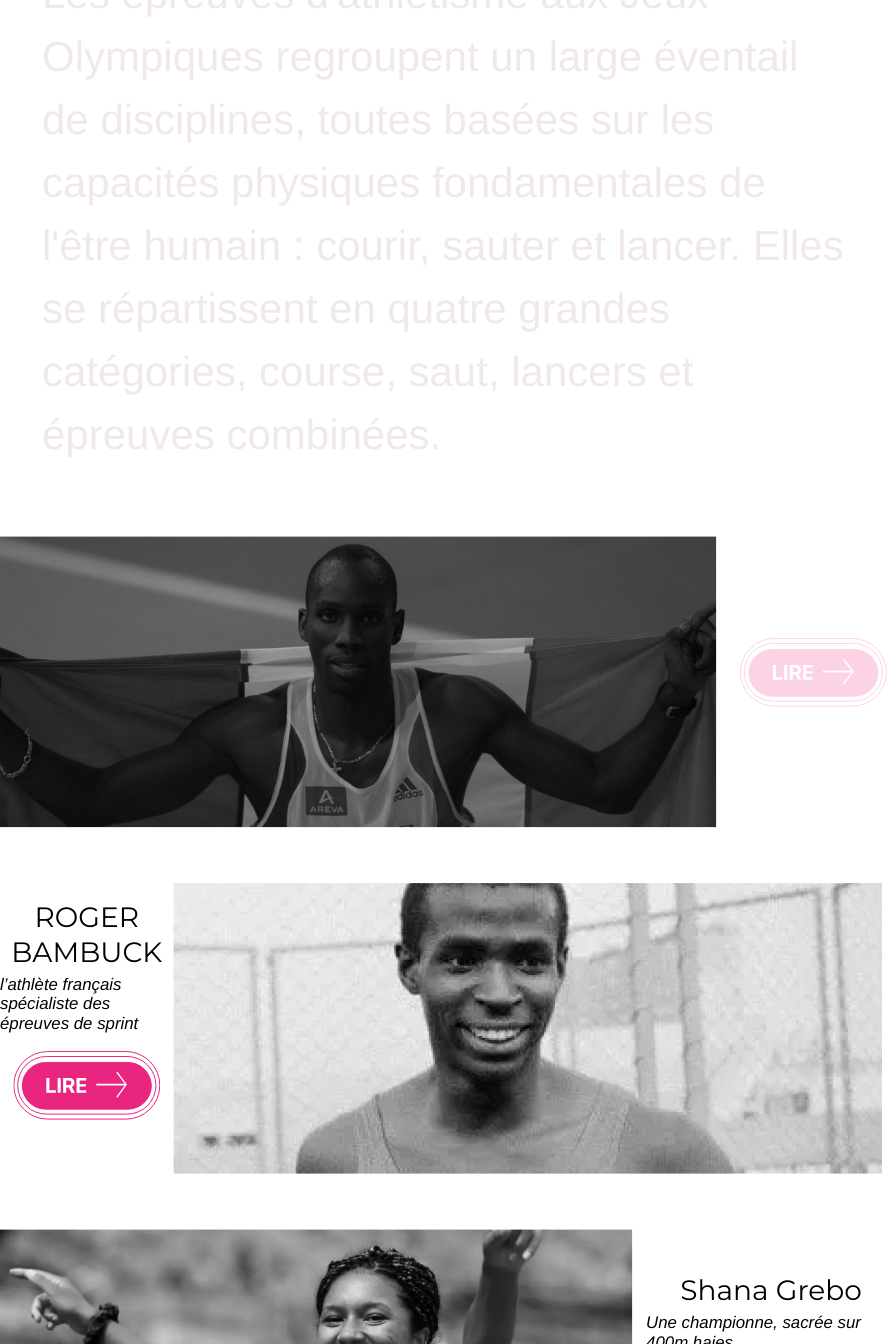
Repository: AdilGHAZAL/MosaiqueWebdoc
Page: /
These files come from the project's save history. The page is drawn as it stood at one moment and after the next save; the edit follows.
The browser window is 1280 px wide. The pictures show the part of the page from y = 1241 to 3161 px (the page is 9391 px tall), at 70% of full size.
The pointer rests on the first visible `.image-button-athl`.
The page's requests for data from a server got no answer. Some web fonts or font styles are not loaded; a fallback is used. Some web libraries are served in a nearby version. The project was rebuilt for these pictures with package versions that can differ from the ones it lists, and the page was loaded fresh each time. No one was signed in, and anything a server would have sent is missing. Also part of the build but not shown: vite.config.js, src/Athelete1/Athlete1.css, src/Athelete1/Athlete1.jsx, src/LoginScreen.jsx, src/backoffice.jsx, src/TrainingPage.css, src/TrainingPage.jsx.

Above is the page before, as saved 2024-05-03 00:32:09.

### index.html
<!doctype html>
<html lang="en">
  <head>
    <meta charset="UTF-8" />
    <link rel="icon" type="image/svg+xml" href="./src/logos/logoMosaique.svg" />
    <meta name="viewport" content="width=device-width, initial-scale=1.0" />
    <title>Mosaique</title>
    <link rel="preconnect" href="https://fonts.googleapis.com">
<link rel="preconnect" href="https://fonts.gstatic.com" crossorigin>
<link href="https://fonts.googleapis.com/css2?family=Mina:wght@400;700&display=swap" rel="stylesheet">
<link rel="stylesheet" href="https://cdn.jsdelivr.net/npm/bootswatch@4.5.2/dist/minty/bootstrap.min.css">
  </head>
  <body>
    <div id="root"></div>
    <script type="module" src="/src/main.jsx"></script>
  </body>
</html>

### src/App.jsx
import React from 'react';
import { BrowserRouter as Router, Routes, Route } from 'react-router-dom';
import './App.css';
import HomePage from './components/HomePage';
import Athlete1 from './Athelete1/Athlete1'; // Correct the file path
import LoginScreen from './LoginScreen';
import MainView from './backoffice';
import TrainingPage from './TrainingPage';

const App = () => {
    return (
        <Router>
            <Routes>
                <Route path="/" element={<HomePage/>} />
                <Route path="/athlete/:id" element={<Athlete1 />} />
                <Route path="/login" element={<LoginScreen />} />
                <Route path="/backoffice" element={<MainView />} />
            </Routes>
        </Router>
    );
};

export default App;

### src/index.css
:root {
  --rose: #E9257F;
  overflow-x: hidden;
}

### src/App.css
/* App.css */
.app-container {
  height: 100vh;
  background-color: #f0f0f0;
}

### src/components/HomePage.jsx
import React, { useEffect, useRef } from 'react';
import Navbar from './Navbar';
import { Application } from '@splinetool/runtime';
import './HomePage.css';
import MonComposant from './Athletes';
import MonComposant2 from './Athletes2';
import MonComposant3 from './Athletes3';
import VideoYoutube from './VideoYoutube';
import TroisDivs from './TroisDivs';
import SliderComponentContainer from './SliderComponentContainer';
import Footer from './Footer';
import PhotoGrid from './PhotoGrid';



const HomePage = () => {


  return (
    <div className="app-container">
      <Navbar />
      <div className="content">
        <h1 className="main-title">
          <span className="bold-text">Paris 2024:</span><span> Célébrez la beauté et la puissance du corps humain.</span>
        </h1>
        <div className="UBimage">
          <img src="./src/assets/ub1.png" alt="imageUB" />
        </div>
        <section className='scroll-reveal' >
          <span>
            Les épreuves d'athlétisme aux Jeux Olympiques regroupent un large éventail de disciplines, toutes basées sur les capacités physiques fondamentales de l'être humain : courir, sauter et lancer. Elles se répartissent en quatre grandes catégories, course, saut, lancers et épreuves combinées.
          </span>
        </section>

      </div>
      <div className='athletes'>
        {/* Adding the ScrollPhotos component */}
        <MonComposant/>
        <MonComposant2/>
        <MonComposant3/>
      </div>
      <VideoYoutube/>
      <TroisDivs/>
      <SliderComponentContainer />
      <PhotoGrid/>
      <Footer/>


    </div>
  );
};

export default HomePage;

### src/components/Navbar.jsx
import React, { useState } from 'react';
import './Navbar.css';
import Burger from "../assets/menuBurger.svg";
import Cross from "../assets/cross.svg";
import iconMosaique from "../logos/logoMosaique.svg";
import iconVilleparis from "../logos/logoVilledeparis.svg";

const Navbar = () => {
  const [isOpen, setOpen] = useState(false); // State to manage the menu visibility

  return (
    <div className="navbar">
      <div className="logo-container">
        <a href="URL_of_the_first_logo" target='_blank' rel="noopener noreferrer">
          <img className="logo" src={iconMosaique} alt="First Logo" />
        </a>
        <img className="cross-icon" src={Cross} alt="Cross Icon" />
        <a href="https://www.paris.fr"  target='_blank' rel="noopener noreferrer">
          <img className="logo" src={iconVilleparis} alt="Second Logo" />
        </a>
      </div>
      <div className="right-container">
        <div className="text-containerNav">
            Athlétisme
        </div>
        <div className="menuBurger">
          <img src={Burger} alt="Menu Burger Icon" onClick={() => setOpen(!isOpen)} />
        </div>
      </div>
      {isOpen && (
        <div className="dropdown-menu">

          <a href="/login">Login</a>
          <a href="#parcours">Des parcours examplaire</a>
          <a href="#exclusive">Vidéo exclusive</a>
          <a href="#sessions">Séances d'entraînement</a>
        </div>
      )}
    </div>
  );
};

export default Navbar;

### src/components/HomePage.css
/* App.css */
body {
    margin: 0;
    background-color: #ffffff;
    color: #000000;
    display: flex;
    flex-direction: column;
    align-items: center;
    justify-content: center;
    min-height: 100vh;

  }

  .app-container {
      font-family: "SF Pro Display-Medium", Helvetica;
    width: 100vw;
    height: 100%;
    min-height: 100vh;
    /*  background-image: url('./assets/ub1.png');*/
    display: flex;
    flex-direction: column;
    margin: auto;
    background-color: #ffffff;
  }

  .main-title {
    font-family: 'SF Pro Display', sans-serif;
    font-size: 70px;
    font-weight: 500;
    line-height: 83.54px;
    text-align: center;
    margin-top: 100px;
    color: #000000;

  }


  .bold-text {
    font-weight: 700;
  }

  .content {
    padding: 20px;
    width: 100%;
    max-width: 1200px;
    margin: auto;

  }

  .UBimage {
    width: auto;
  }

  .bottom-text {
    font-size: 18px;
    text-align: center;
    margin-top: 30px;
  }
  .scroll-reveal > * {
    /* text-align: justify; */
    display: inline;
    color:hsl(0deg 22.14% 64.8% / 20%);
    font-size: 60px;
    font-weight: 500;
    background-clip: text;
    background-repeat: no-repeat;
    background-size: 0% 100%;
    background-image: linear-gradient( #E9257F, #ce1f71 );
    animation: scroll-reveal linear forwards;
    animation-timeline: view();
  }

  .scroll-text {

    text-align: justify;
  }
  @keyframes scroll-reveal {
    to {
      background-size: 100% 100%;
    }
  }
  .scroll-reveal p {
    /* font-family: SF Pro Display; */


  }

  .scrollPhotos {
    display: flex;
    justify-content: flex-start; /* Align photos to the maximum left */
    width: 100%;
    overflow-x: auto; /* Enable horizontal scrolling if photos exceed container width */
    padding: 20px 0; /* Optional padding */
  }

### src/components/Athletes.jsx
import React, { useState, useEffect } from 'react';
import './Athletes.css';
import { Link } from 'react-router-dom';
import { collection, getDocs } from 'firebase/firestore';
import { db } from '../firebaseConfig';

const MonComposant = () => {
  const [selectedChampion, setSelectedChampion] = useState(null);
  const [champions, setChampions] = useState([]);

  useEffect(() => {
    const fetchChampions = async () => {
      try {
        const championsSnapshot = await getDocs(collection(db, 'champions')); // Assurez-vous que db est une référence valide à votre base de données Firestore
        let championsData = championsSnapshot.docs.map(doc => ({ id: doc.id, ...doc.data() }));
        championsData = championsData.sort((a, b) => a.year - b.year);
        setChampions(championsData);
        setSelectedChampion(championsData[0]);
      } catch (error) {
        console.error('Erreur lors de la récupération des champions :', error);
      }
    };

    fetchChampions();
  }, []);

  return (
    <div className="containerAthletes">
      <div className="photoAthletes">
        <img src="./src/assets/photo1.png" alt="Description de la photo" />

      </div>
      <div className="contenuAthletes">
        <h2>{selectedChampion && selectedChampion.name}</h2>
        <p>{selectedChampion && selectedChampion.description}</p>
        <Link to={`/athlete/${selectedChampion && selectedChampion.id}`}>
          <div className="image-button-athl">
          </div>
        </Link>
      </div>
    </div>
  );
};

export default MonComposant;

### src/components/Athletes2.jsx
import React from 'react';
import './Athletes.css';
import humainicon from "../assets/humainicon.svg"

const MonComposant2 = () => {
  return (
    <div className="containerAthletes">

      <div className="contenuAthletes">
        <h2>ROGER BAMBUCK</h2>
        <p>l’athlète français spécialiste des épreuves de sprint</p>
        <div class="image-button-athl">
          <button />
      </div>
      </div>
        {/* <img src={humainicon} alt="" style={{height:"20px", width:"20px", position:"absolute"}}/> */}
      <div className="photoAthletes">
        {/* Ajoutez votre composant photo ici */}
        <img src="./src/assets/Athlete2.png" alt="Description de la photo" />
      </div>

    </div>
  );
}

export default MonComposant2;

### src/components/Athletes3.jsx
import React from 'react';
import './Athletes.css';


const MonComposant3 = () => {
  return (
    <div className="containerAthletes">
      <div className="photoAthletes">
        {/* Ajoutez votre composant photo ici */}
        <img src="./src/assets/Athlete3.png" alt="Description de la photo" />
      </div>
      <div className="contenuAthletes">
        <h2>Shana Grebo</h2>
        <p>Une championne, sacrée sur 400m haies,</p>
        <div class="image-button-athl">
          <button />
        </div>
      </div>
    </div>
  );
}
export default MonComposant3;

### src/components/VideoYoutube.jsx
import React from 'react';
import './VideoYoutube.css';

const VideoYoutube = ({ titre, videoId, footerText }) => {
  return (
    <div className="conteneur-video">
      <div className="titleVideo">
        <h2>Inspirez-vous des meilleurs !</h2>
      </div>
      <div className="video">
        <iframe
          width="100%"
          height="500"
          src={`https://www.youtube.com/embed/${videoId}`}
          title={titre}
          frameborder="0"
          allow="accelerometer; autoplay; clipboard-write; encrypted-media; gyroscope; picture-in-picture"
          allowfullscreen
        ></iframe>
      </div>
      <div className="video-footer">
        {footerText} Video exclusive des débuts d’Usain Bolt
      </div>
    </div>
  );
}

export default VideoYoutube;

### src/components/TroisDivs.jsx
import React from 'react';
import logo1 from '../assets/Icon3.svg';
import logo2 from '../assets/Icon2.svg';
import logo3 from '../assets/Group.svg';
import './TroisDivs.css';

const TroisDivs = () => {
  return (
    <div>
      <h1 className="TitreTroisDivs">Leur conseils
pour debuter</h1>
      <div className="conteneur-trois-divs">
        <div className="carteTroisDivs">
          <img src={logo1} alt="Logo 1" />
          <h3>Matériel</h3>
          <p>Tout ce dont vous avez besoin pour commencer</p>
        </div>
        <div className="carteTroisDivs">
          <img src={logo2} alt="Logo 2" />
          <h3>Entraînement</h3>
          <p>Tout ce que vous devez savoir sur la préparation physique</p>
        </div>
        <div className="carteTroisDivs">
          <img src={logo3} alt="Logo 3" />
          <h3>Astuces</h3>
          <p>Tout ce que vous devez savoir pour bien finir la séance</p>
        </div>
      </div>
      <div className="centrer-bouton">

        <div class="image-button-sentrainer">
          <button />
      </div>
      </div>
    </div>
  );
}

export default TroisDivs;

### src/components/SliderComponentContainer.jsx
import React from 'react';
import SliderComponent from './SliderComponent';
import './SliderComponentContainer.css';

function SliderComponentContainer() {
  const slides = [
    {
      image: './src/assets/ImageFille2.png',
      caption: '30 Km Pro'
    },
    {
      image: './src/assets/ImageFille.png',
      caption: '10 Km Intermédiaire'
    },
    {
      image: './src/assets/ImageFille3.png',
      caption: '3 Km Débutant'
    }
  ];

  return (
    <div className="slider-component-container">
      <h1>Relevez les défis et partagez-les</h1>
      <p>Participez aux challenges proposés et gagnez des lots*</p>
      <p>*disponibles depuis la boutique officielle sur présentation du mail</p>
      <SliderComponent slides={slides} />
    </div>
  );
}

export default SliderComponentContainer;

### src/components/Footer.jsx
import React from 'react';
import './Footer.css';

function Footer() {
  return (
    <footer className="footer" >
      <div className="container">
      </div>
    </footer>
  );
}

export default Footer;

### src/components/PhotoGrid.jsx
import React from 'react';
import './PhotoGrid.css'; // Import your CSS file

const PhotoGrid = () => {
  return (
    <div className='container'>
        <div className="photoGridContainer">
      <div className="div1">
      <img src="./src/assets/PhotoInsta4.png" alt="Description of Image 1" />
      </div>
      <div className="div2">
      <img src="./src/assets/PhotoInsta3.png" alt="Description of Image 1" />
      </div>
      <div className="div3">
         <img src="./src/assets/PhotoInsta5.png" alt="Description of Image 1" />
      </div>
      <div className="div4">
         <img src="./src/assets/PhotoInsta1.png" alt="Description of Image 1" />
      </div>
      <div className="div5">
         <img src="./src/assets/PhotoInsta2.png" alt="Description of Image 1" />
      </div>
      <div className="div6">
         <img src="./src/assets/PhotoInsta6.png" alt="Description of Image 1" />
      </div>
      </div>
      <div className='photoGridText'>
        <p>
            Partagez vos réussites en groupe ou solo et gagnez des
            récompenses*
            *des médailles,  des goodies JO, des bons d(achats chez nos partenaires et bien d’autres encore ...
        </p>
      </div>
    </div>
  );
}

export default PhotoGrid;

### src/firebaseConfig.jsx
// Import the functions you need from the SDKs you need
import { initializeApp } from "firebase/app";
import { getAuth } from "firebase/auth";
import { getFirestore } from "firebase/firestore";
// TODO: Add SDKs for Firebase products that you want to use
// https://firebase.google.com/docs/web/setup#available-libraries

// Your web app's Firebase configuration
const firebaseConfig = {
  apiKey: "AIzaSyAUMnE3uMe61y8NbS4tX2Nn4PoW8VoGS0U",
  authDomain: "webdoc-a4a03.firebaseapp.com",
  projectId: "webdoc-a4a03",
  storageBucket: "webdoc-a4a03.appspot.com",
  messagingSenderId: "931293814028",
  appId: "1:931293814028:web:5bc01cfec675ae5bf27d29"
};

// Initialize Firebase
export const FIREBASE_APP = initializeApp(firebaseConfig);
export const FIREBASE_AUTH=getAuth(FIREBASE_APP)
export const db=getFirestore(FIREBASE_APP)

### src/components/Athletes.css
.containerAthletes {
  display: flex;
    justify-content: center;
    margin-bottom: 3rem;
    margin-top: 5rem;
}

.photoAthletes {
  flex: 1;
  margin-right: 20px;
}

.photoAthletes:hover img {
  filter: brightness(50%);
}


.contenuAthletes {
  flex: 2;
  display: flex;
  flex-direction: column;
  align-items: center;
  margin: auto;

  h2 {
    color: #000;
    text-align: center;
    font-size: 40px;
    font-style: normal;
    font-weight: 200;
    line-height: normal;
  }
  p {
    color: #000;
    font-size: 24px;
    font-style: italic;
    font-weight: 200;
    line-height: normal;
  }
  button {
    /* padding: 8px 16px;
    font-size: 14px;
    background-color: #226fc2;
    color: #fff;
    border: none;
    border-radius: 4px;
    cursor: pointer; */
  }

  button:hover {
    /* background-color: #0056b3; */
  }

  button:focus {
    outline: none;
  }

}




.image-button-athl {
  display: inline-block;
  background-image: url('../assets/lire.svg');
  background-size: cover;
  width: 210px;
  height: 112px;
  margin-bottom: 50px;
}

.image-button-athl button {
  width: 100%;
  height: 100%;
  background: transparent;
  border: none;
  padding: 8px 16px;
    font-size: 14px;
    border: none;
    border-radius: 4px;
    cursor: pointer;
}

.image-button-athl:hover  {
  filter: opacity(0.2);
}

### src/components/VideoYoutube.css
.conteneur-video {
    display: flex;
    flex-direction: column;
    align-items: center; /* Centers items horizontally */
    width: 100%; /* Full width of the container */
  }

  .titleVideo h2 {
    color: #000000;
    font-family: "SF Pro Display", Helvetica, sans-serif; /* Ensure fallback fonts */
    font-size: 110px; /* Large and prominent font size */
    font-weight: 700;
    line-height: 131.27px;
    text-align: center;
    margin-bottom: 20px; /* Space between title and video */
  }

  .video {
    width: 90%; /* Control the width of the video container */
    max-width: 960px; /* Maximum width */
    margin-top: 20px;
  }

  .video-footer {
    font-family: "SF Pro Display", Helvetica, sans-serif;
    font-size: 40px;
    font-weight: 200;
    line-height: 47.73px;
    text-align: center;
    margin-top: 20px;
    width: 100%;
    color: #666666;
  }
  @media (max-width: 768px) {
    .titleVideo h2 {
      font-size: 60px;
      line-height: 70px;
    }

    .video-footer {
      font-size: 24px;
      line-height: 28px;
    }
  }

  @media (max-width: 480px) {
    .titleVideo h2 {
      font-size: 40px;
      line-height: 48px;
    }

    .video-footer {
      font-size: 20px;
      line-height: 24px;
    }
  }

### src/components/SliderComponent.jsx
import React, { useState } from 'react';
import './SliderComponent.css';

const SliderComponent = ({ slides }) => {
  const [currentIndex, setCurrentIndex] = useState(0);

  const goToPrevious = () => {
    const isFirstSlide = currentIndex === 0;
    setCurrentIndex(isFirstSlide ? slides.length - 1 : currentIndex - 1);
  };

  const goToNext = () => {
    const isLastSlide = currentIndex === slides.length - 1;
    setCurrentIndex(isLastSlide ? 0 : currentIndex + 1);
  };

  const goToSlide = (index) => {
    setCurrentIndex(index);
  };

  return (
    <div className="slider-container">
      <div className="slide previous" onClick={goToPrevious}>
        {currentIndex > 0 && <img src={slides[currentIndex - 1].image} alt="Previous slide" />}
      </div>
      <div className="slide active">
        <img src={slides[currentIndex].image} alt={slides[currentIndex].caption} />
        <div className="caption">{slides[currentIndex].caption}</div>
      </div>
      <div className="slide next" onClick={goToNext}>
        {currentIndex < slides.length - 1 && <img src={slides[currentIndex + 1].image} alt="Next slide" />}
      </div>
      <div className="navigation">
        {slides.map((slide, index) => (
          <span key={index} className={`dot ${index === currentIndex ? 'active' : ''}`} onClick={() => goToSlide(index)}></span>
        ))}
      </div>
    </div>
  );
};

export default SliderComponent;

### src/components/SliderComponentContainer.css
.slider-component-container {
    text-align: center;
    font-family: 'SF Pro Display', Arial, sans-serif;
    width: 100%;
    margin: auto;
}

.slider-component-container h1 {
    font-family: 'SF Pro Display', Arial, sans-serif;
    font-size: 110px;
    font-weight: 500;
    line-height: 131.27px;
    text-align: center;
    color: #000;
}

.slider-component-container p {
    font-family: 'SF Pro Display', Arial, sans-serif;
    font-size: 40px;
    font-weight: 200;
    line-height: 47.73px;
    text-align: center;
    color: #000;
}

### src/components/Footer.css
/* Footer.css */

/* Style for the footer */
.footer {
    background-image: url('../assets/footer.png'); /* Specify the URL of your background image */
    background-size: cover; /* Ensure the image covers the entire footer */
    background-position: center; /* Center the image within the footer */
    padding: 0;
    text-align: center;
    width: 100%;
    height: 551px; /* Fixed height of the footer */
    margin-top: 50px;
}

/* Style for the container inside the footer */
.footer .container {
    /* background-image: url('../assets/footer.png'); */
    background-repeat: no-repeat;
    background-size: 100% 100%; /* Make the background image fill the container */
    height: 551px;
    width: 100%;
    margin: 0 auto;
}

/* Style for the text inside the footer */
.footer .text-muted {
    color: #6c757d;
}

@media (max-width: 100%) {
    /* Adjust styles for smaller screen widths */
    .footer {
        height: auto; /* Allow footer to expand with content */
        padding: 20px;
    }

    .footer .container {
        max-width: 100%; /* Adjust container width for smaller screens */
    }
}

### src/components/PhotoGrid.css
.photoGridContainer {
    display: grid;
    grid-template-columns: repeat(4, 1fr);
    grid-template-rows: repeat(6, 1fr);
    grid-column-gap: 0px;
    grid-row-gap: 0px;
    width: 60rem;
    height: 80rem;
    margin: 40px auto;

  }
  .photoGridContainer > div {
    position: relative; /* Ensure the divs can contain absolutely positioned content */
  }

  .photoGridContainer img {
    width: 100%;
    height: 100%;
    object-fit: cover; /* Make the images cover the entire area */
  }

  .div1 { grid-area: 1 / 1 / 3 / 3; }
  .div2 { grid-area: 1 / 3 / 4 / 5; }
  .div3 { grid-area: 4 / 3 / 7 / 5; }
  .div4 { grid-area: 3 / 2 / 5 / 3; }
  .div5 { grid-area: 5 / 2 / 7 / 3; }
  .div6 { grid-area: 3 / 1 / 7 / 2; }

  .photoGridContainer div {
    margin: 5px;

  }
  .photoGridText p {
    width: 55rem;
    font-size: 27px;
    display: flex;
    justify-content: center;
    align-items: center;
  }

  .container{
    display: flex;
    flex-direction: column;
    align-items: center;
  }

### src/components/SliderComponent.css
.slider-container {
  display: flex;
  justify-content: center;
  align-items: center;
  position: relative;
  overflow: hidden;
  width: 60%;
  margin: 96px auto;}

.slide {
  position: relative;
  margin: 5px;
  transition: all 0.5s ease;
  cursor: pointer;
}

.slide.active {
  width: 200rem;
  height: 40rem;

}
.slide.next {
  width: 60rem;
  height: 20rem;
  opacity: 0.5;
}
.slide.previous {
  width: 60rem;
  height: 20rem;
  opacity: 0.5;
}
.slide img {
  width: 100%;
  height: 100%;
  object-fit: cover;
}

.caption {
  position: absolute;
  top: 0;
  left: 50%;
  transform: translateX(-50%);
  width: 100%;
  text-align: center;
  background-color: rgba(0, 0, 0, 0.5);
  color: white;
  padding: 5px 0;
  font-size: 2.5em;
  font-family: 'Mina', sans-serif;
}

.navigation {
  position: absolute;
  bottom: 10px;
  width: 100%;
  display: flex;
  justify-content: center;
}
.dot {
  height: 10px;
  width: 10px;
  margin: 0 5px;
  background-color: #bbb;
  border-radius: 50%;
  cursor: pointer;
  opacity: 1;
  visibility: visible;
}


.dot.active {
  background-color: #fff;
}

Loaded but not shown: src/main.jsx (common file); src/components/TroisDivs.css (130 lines, source omitted); src/components/Navbar.css (135 lines, source omitted)

After the next save:
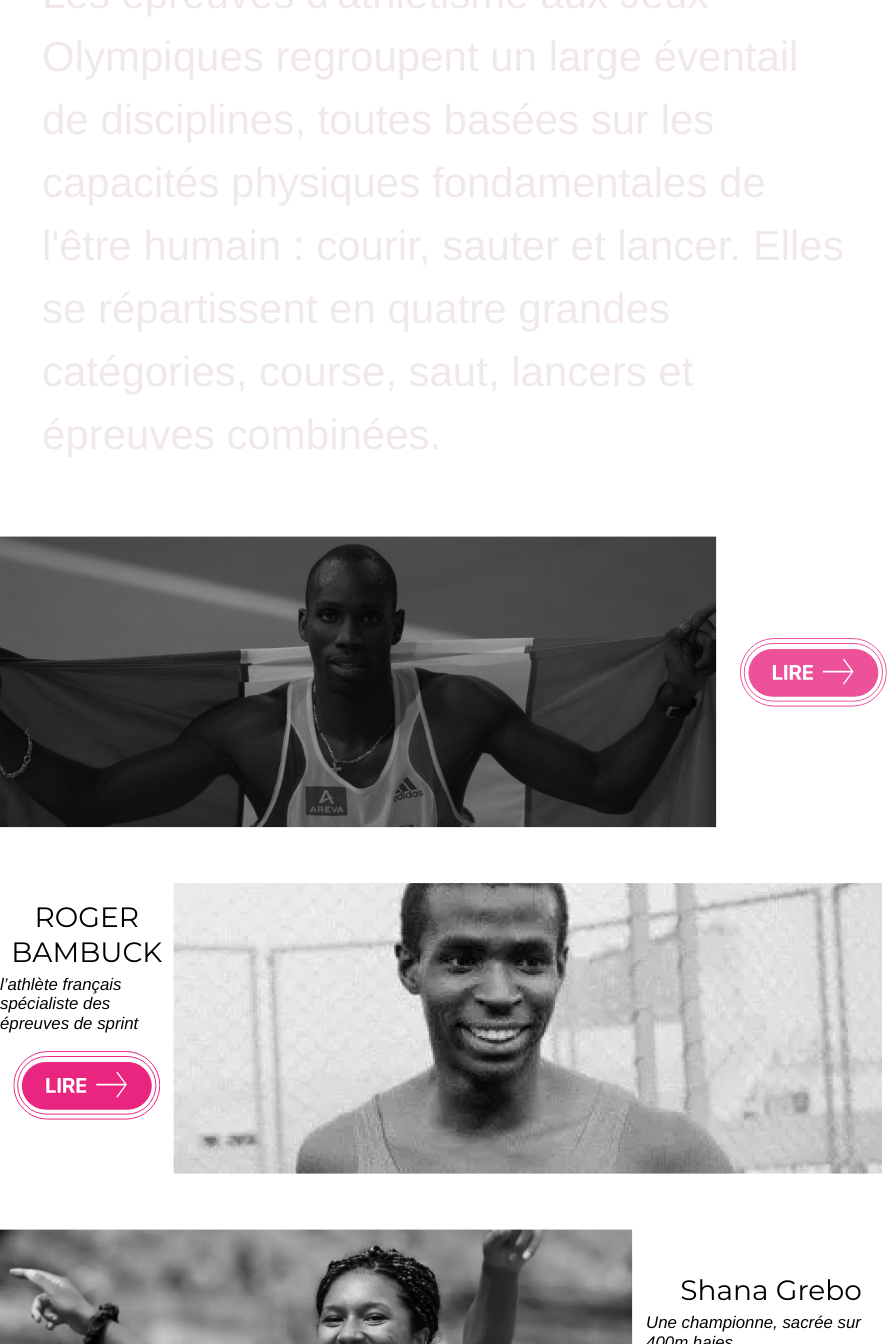
Saved 6 s later.
--- a/src/components/Athletes.css
+++ b/src/components/Athletes.css
@@ -82,5 +82,5 @@
 }
 
 .image-button-athl:hover  {
-  filter: opacity(0.2);
+  filter: opacity(0.8);
 }
